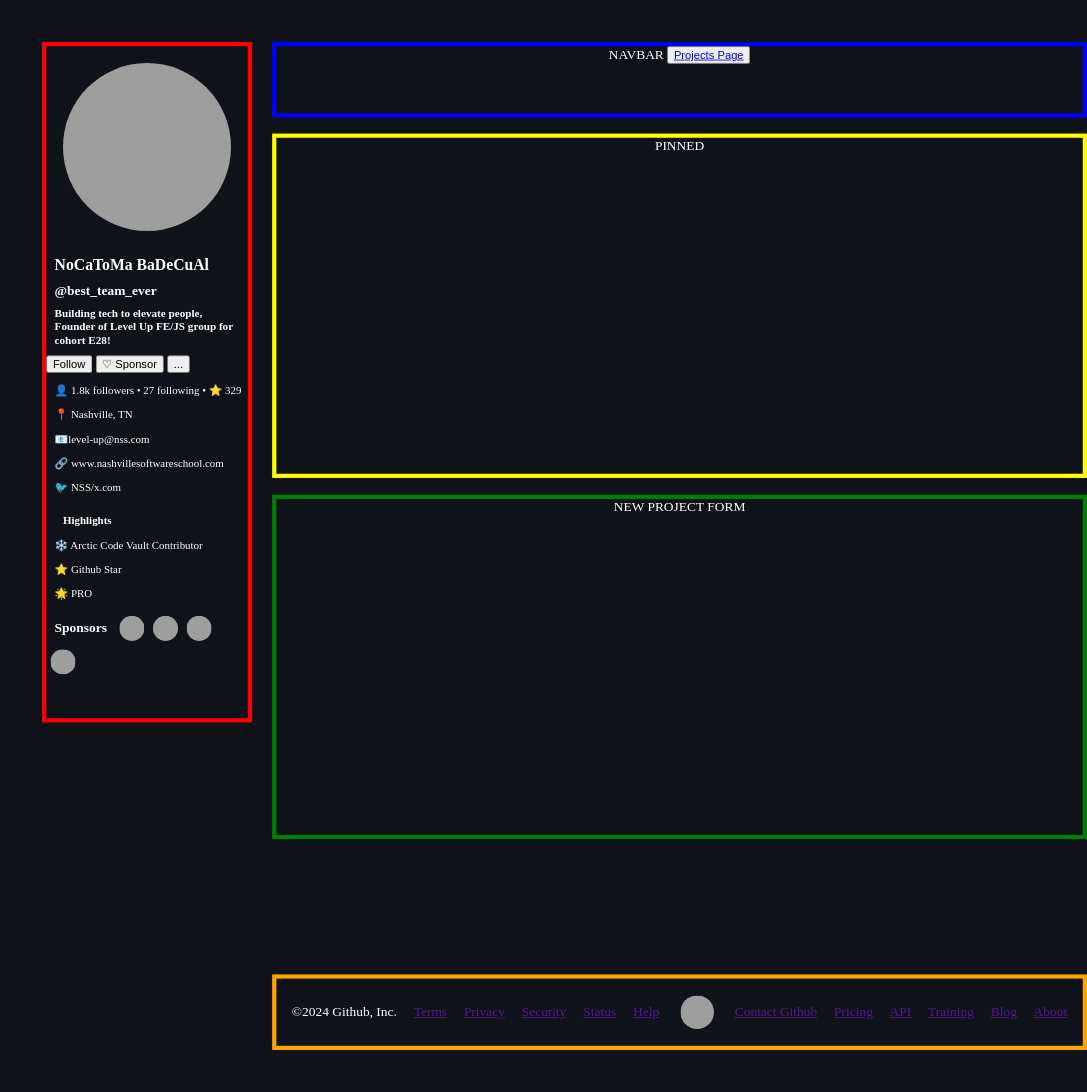
Repository: nss-evening-cohort-28/nss-evening-cohort-28-classroom-gitsub-Q1-project-gitsub
Page: index.html
The author's editor kept a copy of each file at every save. The page is drawn from the files as they stood at one save, then again after the next save.
The browser window is 1280 px wide. The page is 1294 px wide, so the pictures cover 1294 px, including what lies to the right of the window. The pictures show the whole page, at 84% of full size.
Pictures or frames that could not be fetched are drawn as grey boxes.

Above is the page before, as saved 2024-08-07 22:13:02.

### index.html
<!DOCTYPE html>
<html lang="en">
<head>
    <meta charset="UTF-8">
    <meta name="viewport" content="width=device-width, initial-scale=1.0">
    <link rel="stylesheet" href="main.css">
    <title>Document</title>
</head>
<body>
    <div class="flexContainer">
        <div class="profile">
          <div class="top-section">
            <img src="https://media.tenor.com/GliBTZeL1kQAAAAM/%D0%BC%D0%BE%D0%B9-%D0%B4%D0%B5%D0%B4.gif" class="card-img-top" >
            <div class="profile-info">
            <h3>NoCaToMa BaDeCuAl</h3>
            <h4>@best_team_ever</h4>
            <h5>Building tech to elevate people, Founder of Level Up FE/JS group for cohort E28!</h5>
            </div>
            <div class="profile-section-buttons">
              <div class="d-grid gap-2 d-md-block">
                <button class="btn btn-primary" type="button">Follow</button>
                <button class="btn btn-primary" type="button">♡ Sponsor</button>
                <button class="btn btn-primary" type="button">...</button>
              </div>
            </div>
            <div class="profile-body">
              <p>👤 1.8k followers • 27 following • ⭐️ 329</p>
              <p>📍 Nashville, TN</p>
              <p>📧level-up@nss.com</p>
              <p>🔗 www.nashvillesoftwareschool.com</p>
              <p>🐦 NSS/x.com</p>
            </div>
          </div>
          <div class="middle-section">
            <h4>Highlights</h4>
            <p>❄️ Arctic Code Vault Contributor</p>
            <p>⭐️ Github Star</p>
            <p>🌟 PRO</p>
          </div>
          <div class="bottom-section">
            <h4>Sponsors</h4>
            <br>
            <img src="https://avatars.githubusercontent.com/u/31261276?s=100&v=4" class="sponsor-pic">
            <img src="https://avatars.githubusercontent.com/u/137121714?s=100&v=4" class="sponsor-pic">
            <img src="https://avatars.githubusercontent.com/u/173638175?s=100&v=4" class="sponsor-pic">
            <img src="https://avatars.githubusercontent.com/u/107224963?s=100&v=4" class="sponsor-pic">
          </div>
        </div>
        <div class="flexContainer">
            <div class="navBar">NAVBAR
              <button><a href="projects.html">
                Projects Page
              </a></button>
            </div>
            <div class="pinned">PINNED</div>
            <div class="newProject">NEW PROJECT FORM</div>
            <div class="footer">
              <div class="footer-links">
                <p>©2024 Github, Inc.</p>
                <a id="footer-tag" href="">Terms</a>
                <a id="footer-tag" href="">Privacy</a>
                <a id="footer-tag" href="">Security</a>
                <a id="footer-tag" href="">Status</a>
                <a id="footer-tag" href="">Help</a>
                <img src="https://cdn-icons-png.flaticon.com/256/889/889111.png" class="footer-pic">
                <a id="footer-tag" href="">Contact Github</a>
                <a id="footer-tag" href="">Pricing</a>
                <a id="footer-tag" href="">API</a>
                <a id="footer-tag" href="">Training</a>
                <a id="footer-tag" href="">Blog</a>
                <a id="footer-tag" href="">About</a>
              </div>
            </div>
        </div>
    </div>
    <script src="main.js"></script>
</body>
</html>

### main.css
body {
    background-color: #0F1218;
    text-align: center;
    margin: 50px;
    width: 1200px;
    color: white;
}

.flexContainer {
    display: flex;
    flex-wrap: wrap;
    flex-direction: column;
    max-width: 75rem;
    height: 75rem;
    gap: 2%;
}

.profile {
    border: 5px solid red;
    width: 15rem;
    height: 50rem;
    text-align: left;

}

.navBar {
    border: 5px solid blue;
    width: 60rem;
    height: 5rem;
}

.pinned {
    border: 5px solid yellow;
    width: 60rem;
    height: 25rem;
    margin-top: 2%;
}

.newProject {
    border: 5px solid green;
    width: 60rem;
    height: 25rem;
    margin-top: 2%;
}

.footer {
    border: 5px solid orange;
    width: 60rem;
    height: 5rem;
    margin-top: auto;
    align-self: flex-end;
}

#footerContainer {
    display: flex;
    align-self: flex-end;

}

/* Noah Styling: Profile Section Start*/
h3, h4, h5 {
    margin: 10px;
}

.top-section {
    display: flex;
    flex-wrap: wrap;
    justify-content: flex-start;
    margin: 0px;
}

.card-img-top {
    display: flex;
    flex-wrap: wrap;
    justify-content: space-around;
    border-radius: 50%;
    height: 200px;
    width: 200px;
    margin: 20px;
  }

  .bottom-section {
    display: flex;
    flex-wrap: wrap;
    align-content: end;

  }
  .sponsor-pic {
    border-radius: 50%;
    height: 30px;
    width: 30px;
    margin: 5px;
  }

  .profile-body {
    font-size: small;
    margin: 0px 0px 0px 10px;
    padding: 0px;
  }

  .middle-section {
    font-size: small;
    margin-left: 10px;
  }
/* Noah Styling: Profile Section End */

/* Noah Styling: Footer Section Start */

.footer {
    display: flex;
    flex-wrap: wrap;
    flex-direction: row;
    justify-content: space-evenly;
}

.footer-pic {
    display: flex;
    flex-wrap: wrap;
    flex-direction: row;
    justify-content: space-evenly;
    border-radius: 50%;
    height: 40px;
    width: 40px;
    margin: 5px;
  }
  .footer-links {
    display: flex;
    flex-wrap: wrap;
    flex-direction: row;
    align-items: center;
    justify-content: space-between;
    gap: 20px;

  }


/* Noah Styling: Footer Section Start */

Loaded but not shown: main.js (no copy from this time; the picture is the same without it)

After the next save:
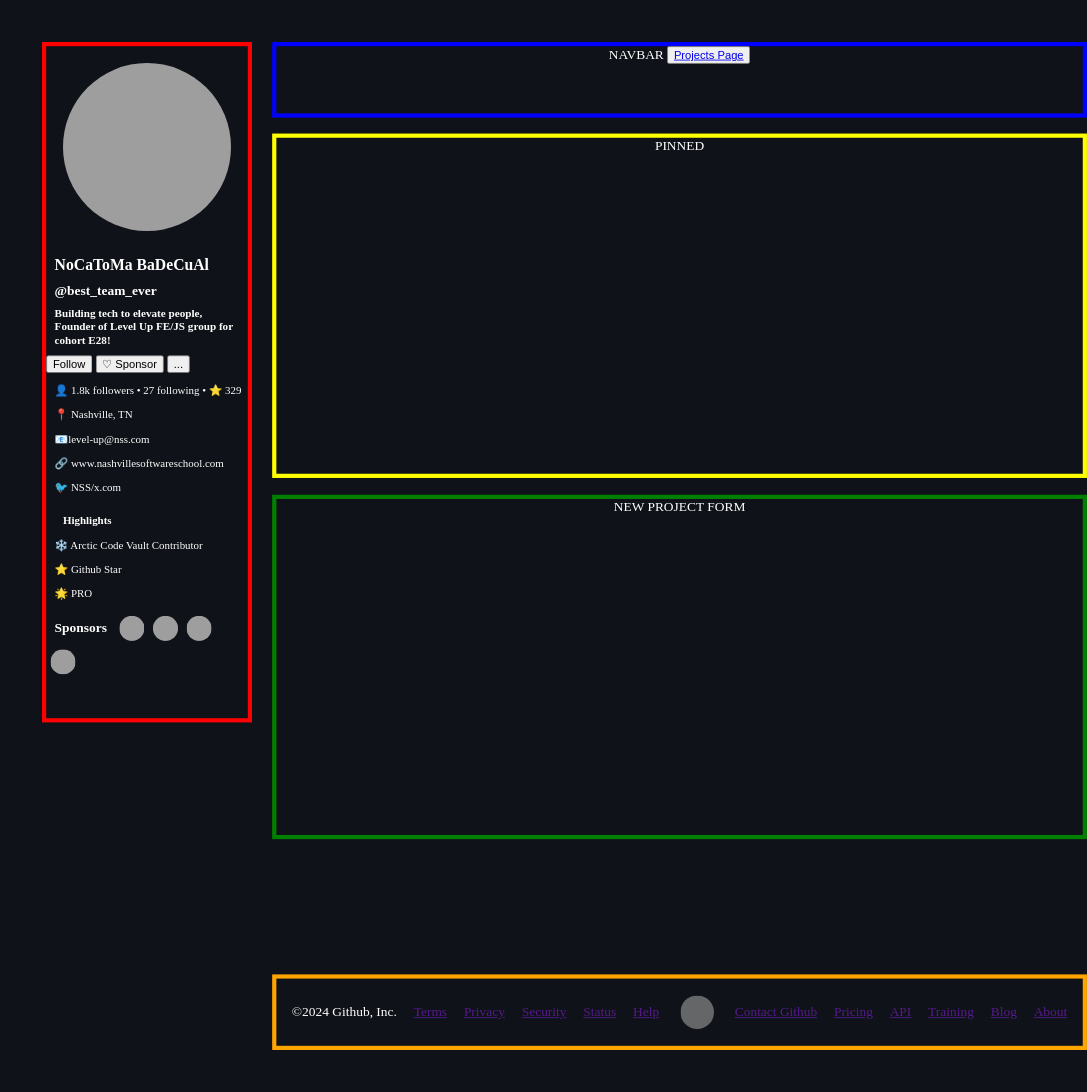
Saved 8 min 24 s later.
--- a/main.css
+++ b/main.css
@@ -118,6 +118,7 @@
     flex-wrap: wrap;
     flex-direction: row;
     justify-content: space-evenly;
+    opacity: 60%;
     border-radius: 50%;
     height: 40px;
     width: 40px;
